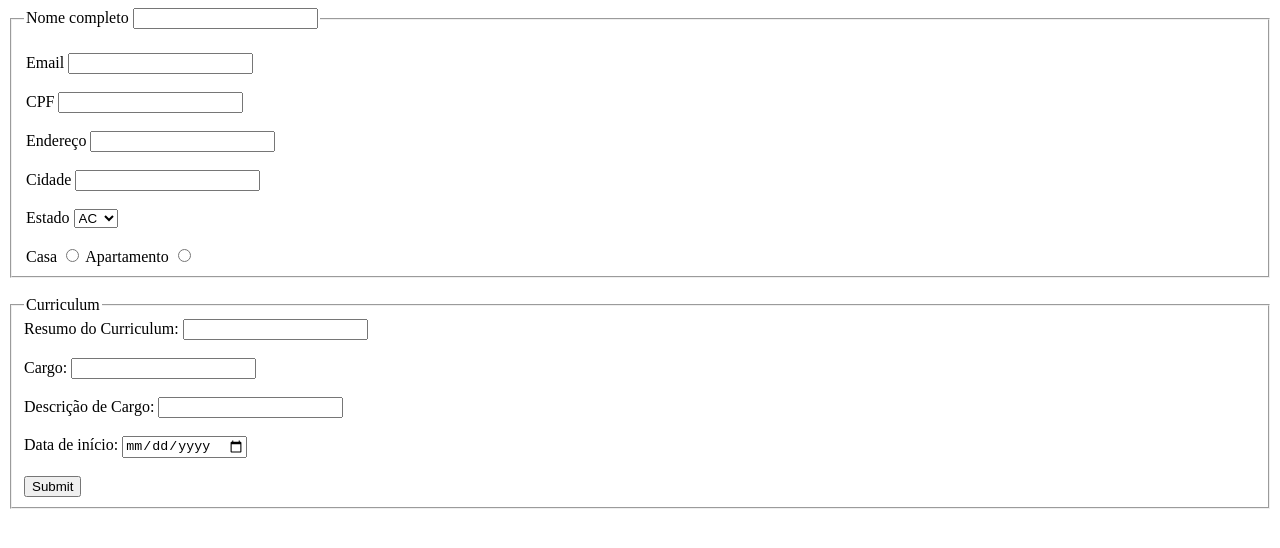
Repository: Parker9309/-trybe-exercises
Page: exercises/exercises-bloco6/html-e-css-forms-flexbox-e-responsivo_1/index.html
These files come from the project's save history. The page is drawn as it stood at one moment and after a run of saves; the edit follows.
The browser window is 1280 px wide. The pictures show the whole page.

Above is the page before, as saved 2021-03-16 19:36:31.

After the next 2 saves:
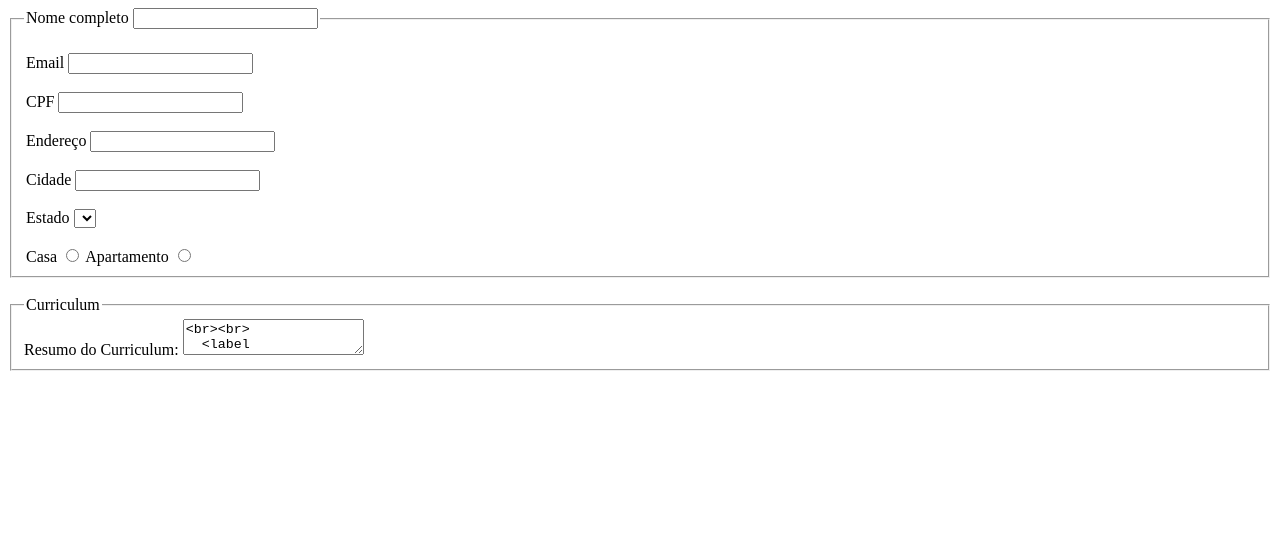
The 2 saves are shown as one change because they came seconds apart.
The last was saved 2 min 28 s later.
--- a/exercises/exercises-bloco6/html-e-css-forms-flexbox-e-responsivo_1/index.html
+++ b/exercises/exercises-bloco6/html-e-css-forms-flexbox-e-responsivo_1/index.html
@@ -77,7 +77,7 @@
 <fieldset>
   <legend>Curriculum</legend>
   <label for="fname">Resumo do Curriculum:</label>
-  <input type="text" id="fname" name="fname" required><br><br>
+  <textarea type="text" id="fname" name="fname" required><br><br>
   <label for="lname">Cargo:</label>
   <input type="text" id="lname" name="lname" required><br><br>
   <label for="description">Descrição de Cargo:</label>

After the 2 saves that followed:
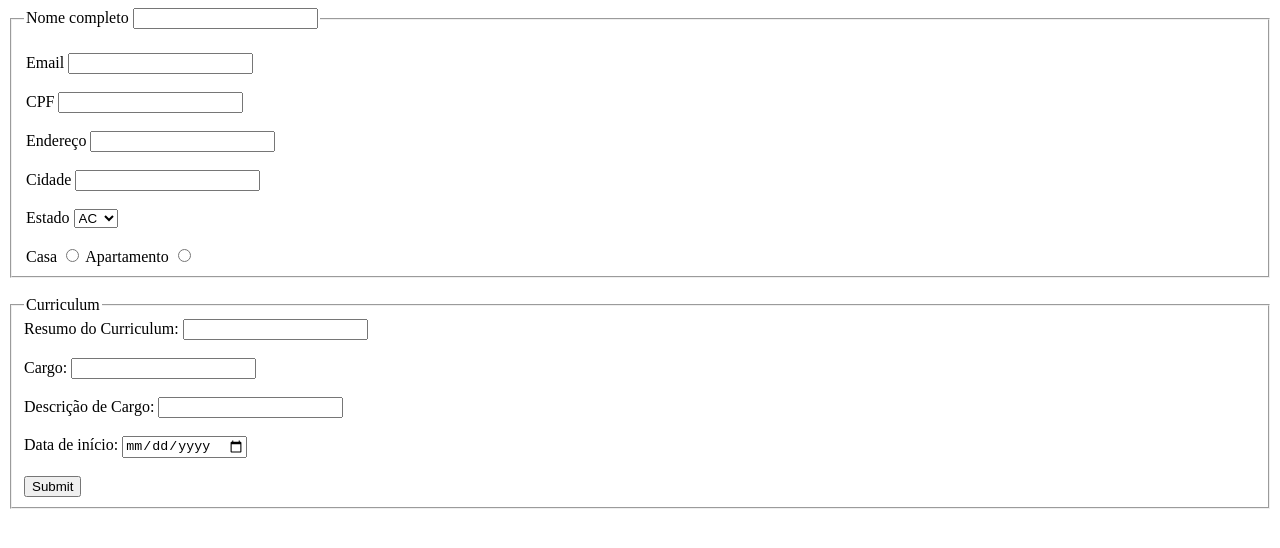
The 2 saves are shown as one change because they came seconds apart.
The last was saved 15 s later.
--- a/exercises/exercises-bloco6/html-e-css-forms-flexbox-e-responsivo_1/index.html
+++ b/exercises/exercises-bloco6/html-e-css-forms-flexbox-e-responsivo_1/index.html
@@ -77,7 +77,7 @@
 <fieldset>
   <legend>Curriculum</legend>
   <label for="fname">Resumo do Curriculum:</label>
-  <textarea type="text" id="fname" name="fname" required><br><br>
+  <input type="text" id="fname" name="fname" required><br><br>
   <label for="lname">Cargo:</label>
   <input type="text" id="lname" name="lname" required><br><br>
   <label for="description">Descrição de Cargo:</label>
